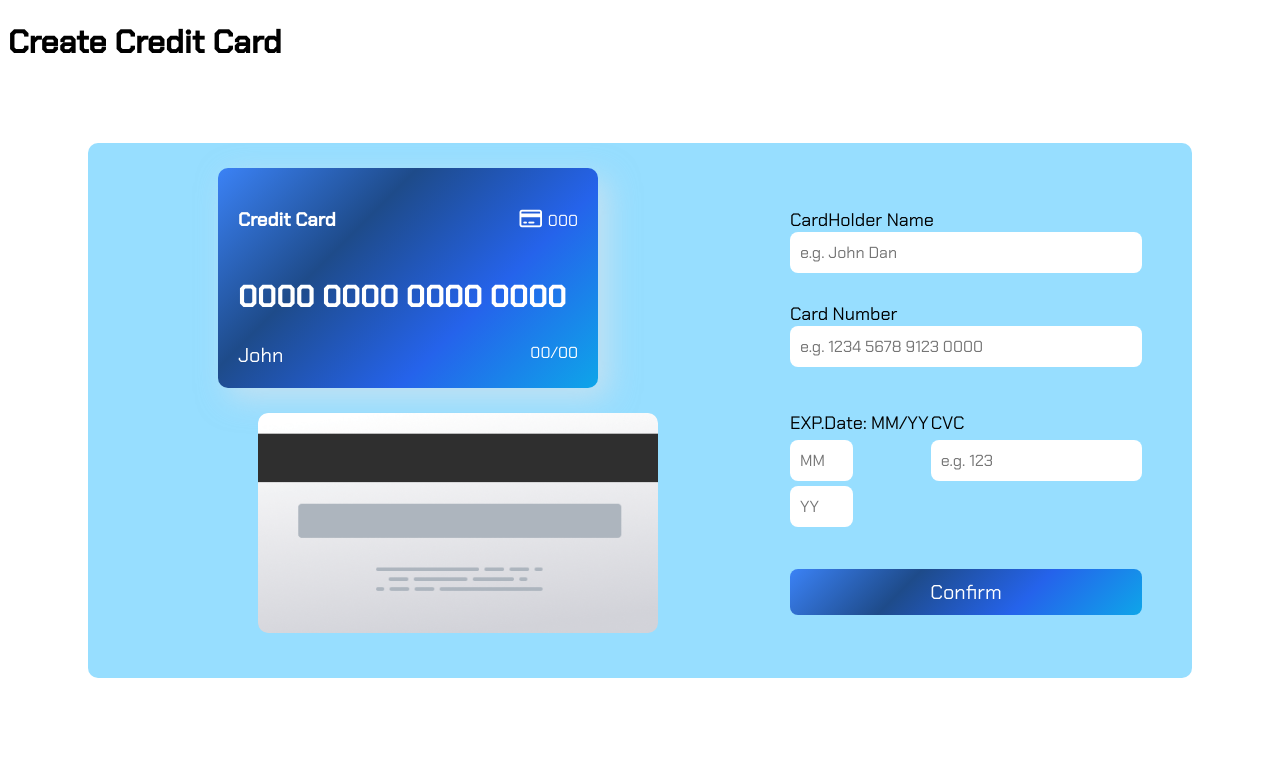
Repository: moehaymanmyint/Interactive-Card-Details-Form
Page: index.html
These files come from the project's save history. The page is drawn as it stood at one moment and after the next save; the edit follows.
The browser window is 1280 px wide. The pictures show the whole page.
Some web libraries are served in a nearby version.

Above is the page before, as saved 2024-10-18 22:41:54.

### index.html
<!DOCTYPE html>
<html lang="en">
<head>
    <meta charset="UTF-8">
    <meta name="viewport" content="width=device-width, initial-scale=1.0">
    <title>Interactive Card Details Form</title>
    <link rel="stylesheet" href="style.css">
    <link rel="stylesheet" href="https://cdnjs.cloudflare.com/ajax/libs/font-awesome/6.6.0/css/all.min.css" />
</head>
<body>
    <h1>Create Credit Card</h1>
    <div class="container">
    <!-- Left Side -->
    <div class="left-container">
        <div class="front-card">
            <div class="header">
                <h3>Credit Card</h3>
                <div>
                    <i class="fa-regular fa-credit-card"></i>
                    <span style="margin-left: 2px;" class="cnv">000</span>
                </div>
            </div>
            <div class="number" style="text-align: justify; " >0000 0000 0000 0000</div>
            <div class="" style="display: flex; justify-content: space-between;">
                <span class="name">John</span>
                <span class="date">
                    <span class="date">00/00</span>
                </span>
            </div>
        </div>


        <div class="back-card">
            <img src="./img/bg-card-back.png" alt="">
        </div>
    </div>

    <!-- Right Side -->
    <div class="right-container">
        <form action="">
            <div class="card-name">
                <label for="">CardHolder Name</label><br>
                <input type="text" placeholder="e.g. John Dan" class="card-input" id="name-input">
                <span class="name-error">Required</span>
            </div>
            <div class="card-number">
                <label for="">Card Number</label><br>
                <input type="text" placeholder="e.g. 1234 5678 9123 0000" class="card-input" id="number-input" maxlength="16">
                <span class="number-error">Required</span>
            </div>
            <div class="card-info">
                <div class="" style="width: 40%;">
                    <label for="">EXP.Date: MM/YY</label><br>
                    <input type="text" placeholder="MM" class="card-date" id="month-input" maxlength="2">
                    <input type="text" placeholder="YY" class="card-date" id="year-input" maxlength="4">
                    <span class="date-error">Required</span>
                </div>
                <div class="cvc" style="width: 60%;">
                    <label for="">CVC</label><br>
                    <input type="text" placeholder="e.g. 123" class="card-cvc" maxlength="3" id="cnv-input">
                    <span class="cnv-error">Required</span>
                </div>
            </div>

            <div class="btn">
                <input type="submit" value="Confirm" class="confirm-btn">
            </div>
        </form>
    </div>
    </div>
</body>
<script src="app.js"></script>
</html>

### style.css
@import url('https://fonts.googleapis.com/css2?family=Chakra+Petch:wght@300;400;500&display=swap');

body{
    font-family: "Chakra Petch", sans-serif;
}
.container{
    display: flex;
    justify-content: center;
    margin: 80px;
    border-radius: 10px;
    background-color: #97deff;
}

.left-container,
.right-container {
    margin: 20px 50px;
    width: 50%;
}

.right-container{
    display: flex;
    align-items: center;
    font-size: 20px;
}

.front-card{
    background: linear-gradient(135deg, #3b82f6, #1e4b8a, #2563eb, #0ea5e9);
    box-shadow: 10px 10px 30px rgba(242, 230, 230, 0.5);
    color: white;
    padding: 20px;
    border-radius: 10px;
    height: 180px;
    width: 340px;
    margin: 5px 80px;
    display: flex;
    flex-direction: column;
    justify-content: space-between;
}

.header{
    display: flex;
    justify-content: space-between;
    align-items: center;
}

.header i{
    font-size: 20px;
}

.front-card .number{
    font-size: 30px;
    font-weight: bold;
}

.front-card .name{
    font-size: 20px;
}

.back-card img{
    width: 400px;
    margin: 20px 40px;
    border-radius: 10px;
    margin-left: 120px;
}

.right-container div{
    margin: 15px 0;
}

.card-input {
    width: 100%;
    border: none;
    padding: 10px;
    border-radius: 8px;
    box-sizing: border-box;
}

.card-date {
    width: 45%;
    margin-top: 5px;
    margin-right: 5px;
    border: none;
    padding: 10px;
    border-radius: 8px;
    box-sizing: border-box;
}

.card-cvc {
    width: 100%;
    margin-top: 5px;
    border: none;
    padding: 10px;
    border-radius: 8px;
    box-sizing: border-box;
}

.confirm-btn {
    width: 100%;
    padding: 10px;
    border-radius: 8px;
    border: none;
    background: linear-gradient(135deg, #3b82f6, #1e4b8a, #2563eb, #0ea5e9);
    font-size: 20px;
    color: white;
    cursor: pointer;
}

.card-info {
    display: flex;
    justify-content: space-evenly;
}

label{
    font-size: 18px;
}
input{
    transition: 0.5s;
    font-size: 16px;
    font-family: "Chakra Petch", sans-serif;
}
input:focus{
    outline: none;
    box-shadow: 10px 10px 15px rgba(3, 19, 68, 0.3);
}

.card-name,
.card-number,
.card-info{
    padding-bottom: 12px;
}

.name-error,
.number-error,
.date-error,
.cnv-error{
    color: red;
    display: none;
    font-size: 15px;
}

### app.js
let cardName = document.querySelector(".name");
let cardNumber = document.querySelector(".number");
let cardDate = document.querySelector(".date");
let cardCNV = document.querySelector(".cnv");

let name = document.querySelector("#name-input");
let number = document.querySelector("#number-input");
let year = document.querySelector("#year-input");
let month = document.querySelector("#month-input");
let cnv = document.querySelector("#cnv-input")

let nameError = document.querySelector(".name-error");
let numberError = document.querySelector(".number-error");
let dateError = document.querySelector(".date-error");
let cnvError = document.querySelector(".cnv-error");

function getData(event) {
    event.preventDefault();
    let validAll = true;
    nameError.style.display = "none";
    numberError.style.display = "none";
    dateError.style.display = "none";
    cnvError.style.display = "none";

    // Validate name
    if (name.value.trim() === "") {
        nameError.style.display = "inline";
        validAll = false;
    }

    // Validate card number
    if (number.value === "") {
        numberError.style.display = "inline";
        validAll = false;
    } else if (isNaN(Number(number.value)) || number.value.length !== 16) {
        numberError.style.display = "inline";
        numberError.innerHTML = "Enter a valid 16-digit number";
        validAll = false;
    }

    // Validate month and year
    let current = new Date();
    let currentYear = current.getFullYear()
    if (month.value === "" || year.value === "") {
        dateError.style.display = "inline";
        validAll = false;
    }else if(month.value < 1 || month.value > 12 || isNaN(Number(month.value)) || isNaN(Number(year.value)) || year.value > currentYear){
        dateError.style.display = "inline";
        dateError.innerHTML = "Enter Correct Date*";
        validAll = false;
    }

    // Validate CNV
    if(cnv.value === ""){
        cnvError.style.display = "inline";
        validAll = false;
    } else if (isNaN(Number(cnv.value))) {
        cnvError.style.display = "inline";
        cnvError.innerHTML = "Enter a number";
        validAll = false;
    }

    if (validAll) {
        cardName.innerHTML = name.value;
        formatNumber = ""
        for(let i = 0; i < number.value.length; i++){
            if (i % 4 === 0) {
                formatNumber += ' ';
            }
            formatNumber += number.value[i];
        }
        cardNumber.innerHTML = formatNumber;

        if(month.value.length < 2){
            cardDate.innerHTML = "0" + month.value + "/" + year.value;
        } else {
            cardDate.innerHTML = month.value + "/" + year.value;
        }

        cardCNV.innerHTML = cnv.value;
    }
}

let confirmBtn = document.querySelector(".confirm-btn");
confirmBtn.addEventListener("click", getData);

After the next save:
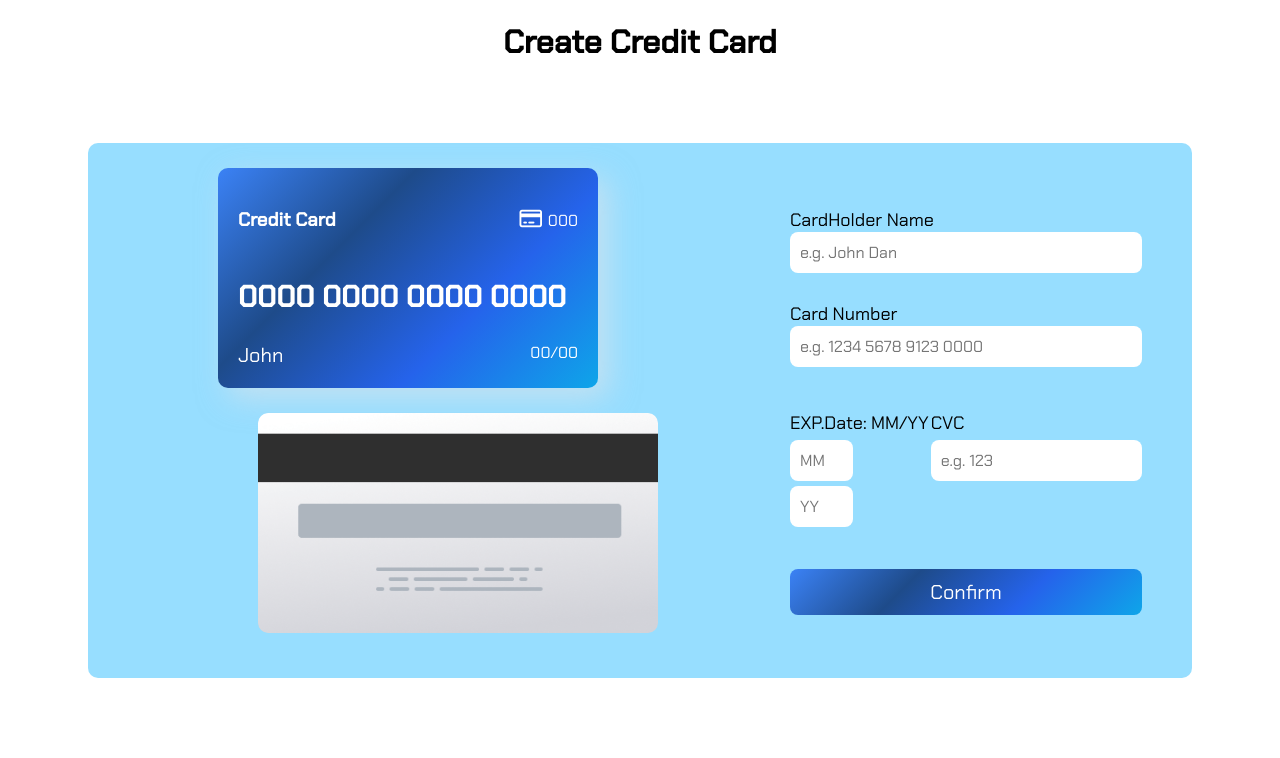
Saved 17 s later.
--- a/index.html
+++ b/index.html
@@ -8,7 +8,7 @@
     <link rel="stylesheet" href="https://cdnjs.cloudflare.com/ajax/libs/font-awesome/6.6.0/css/all.min.css" />
 </head>
 <body>
-    <h1>Create Credit Card</h1>
+    <h1 style="text-align: center;">Create Credit Card</h1>
     <div class="container">
     <!-- Left Side -->
     <div class="left-container">
